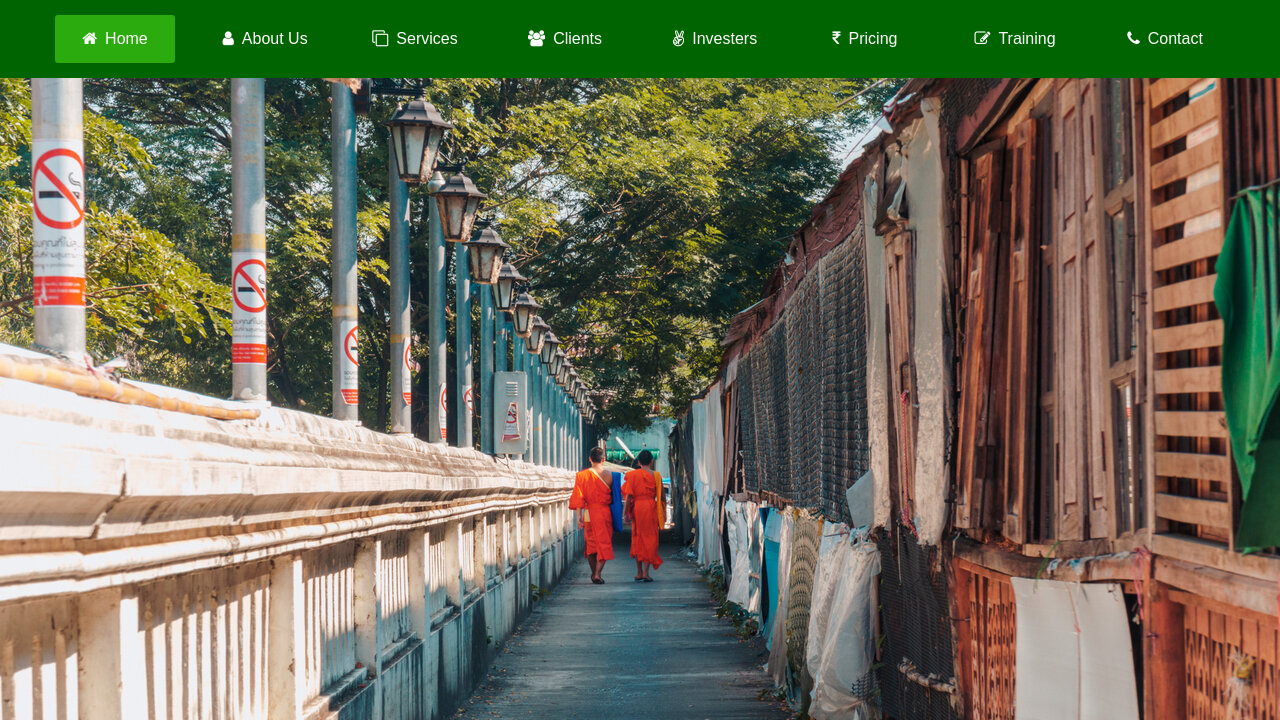
Repository: Alex-Serky/Dossier-Nav
Page: Nav-Nav/index.html
The author's editor kept a copy of each file at every save. The page is drawn from the files as they stood at one save, then again after the next save.
The browser window is 1280 px wide. The pictures show the whole page.

Above is the page before, as saved 2020-02-21 04:05:04.

### Nav-Nav/index.html
<!DOCTYPE html>
<html lang="en">

<head>
    <meta charset="UTF-8">
    <meta name="viewport" content="width=device-width, initial-scale=1.0">
    <link rel="stylesheet" href="style.css">
    <link rel="stylesheet" href="https://stackpath.bootstrapcdn.com/font-awesome/4.7.0/css/font-awesome.min.css">
    <title>Drop-down Menu design</title>
</head>

<body>
    <div class="menu-bar">
        <ul>
            <li class="active"><a href="#"><i class="fa fa-home"></i>Home</a></li>
            <li><a href="#"><i class="fa fa-user"></i>About Us</a>
                <div class="sub-menu-1">
                    <ul>
                        <li><a href="#">Mission</a></li>
                        <li><a href="#">Vision</a></li>
                        <li><a href="#">Team</a></li>
                    </ul>
                </div>
            </li>
            <li><a href="#"><i class="fa fa-clone"></i>Services</a></li>
            <li><a href="#"><i class="fa fa-users"></i>Clients</a></li>
            <li><a href="#"><i class="fa fa-angellist"></i>Investers</a></li>
            <li><a href="#"><i class="fa fa-inr"></i>Pricing</a></li>
            <li><a href="#"><i class="fa fa-edit"></i>Training</a></li>
            <li><a href="#"><i class="fa fa-phone"></i>Contact</a></li>
        </ul>
    </div>
</body>

</html>

### Nav-Nav/style.css
* {
    padding: 0;
    margin: 0;
    box-sizing: border-box;
}

body {
    background-image: url(background.jpg);
    background-size: cover;
    font-family: sans-serif;
}

.menu-bar {
    background: rgba(0, 100, 0);
    text-align: center;
}

.menu-bar ul {
    display: inline-flex;
    list-style: none;
    color: #fff;
}

.menu-bar ul li {
    width: 120px;
    margin: 15px;
    padding: 15px;
}

.menu-bar ul li a {
    text-decoration: none;
    color: #fff;
}

.active,
.menu-bar ul li:hover {
    background: #2bab0d;
    border-radius: 3px;
}

.menu-bar .fa {
    margin-right: 8px;
    display: inline;
}

.sub-menu-1 {
    display: none;
}

.menu-bar ul li:hover .sub-menu-1 {
    display: block;
    position: absolute;
    background: rgb(0, 100, 0);
    margin-top: 15px;
    margin-left: -15px;
}

.menu-bar ul li:hover .sub-menu-1 ul {
    display: block;
    margin: 10px;
}

.menu-bar ul li:hover .sub-menu-1 ul li {
    width: 150px;
    padding: 10px;
    border-bottom: 1px dotted #fff;
    background: transparent;
    border-radius: 0;
    text-align: left;
}

.menu-bar ul li:hover .sub-menu-1 ul li:last-child {
    border-bottom: none;
}

.menu-bar ul li:hover .sub-menu-1 ul li a:hover {
    color: #b2ff00;
}

After the next save:
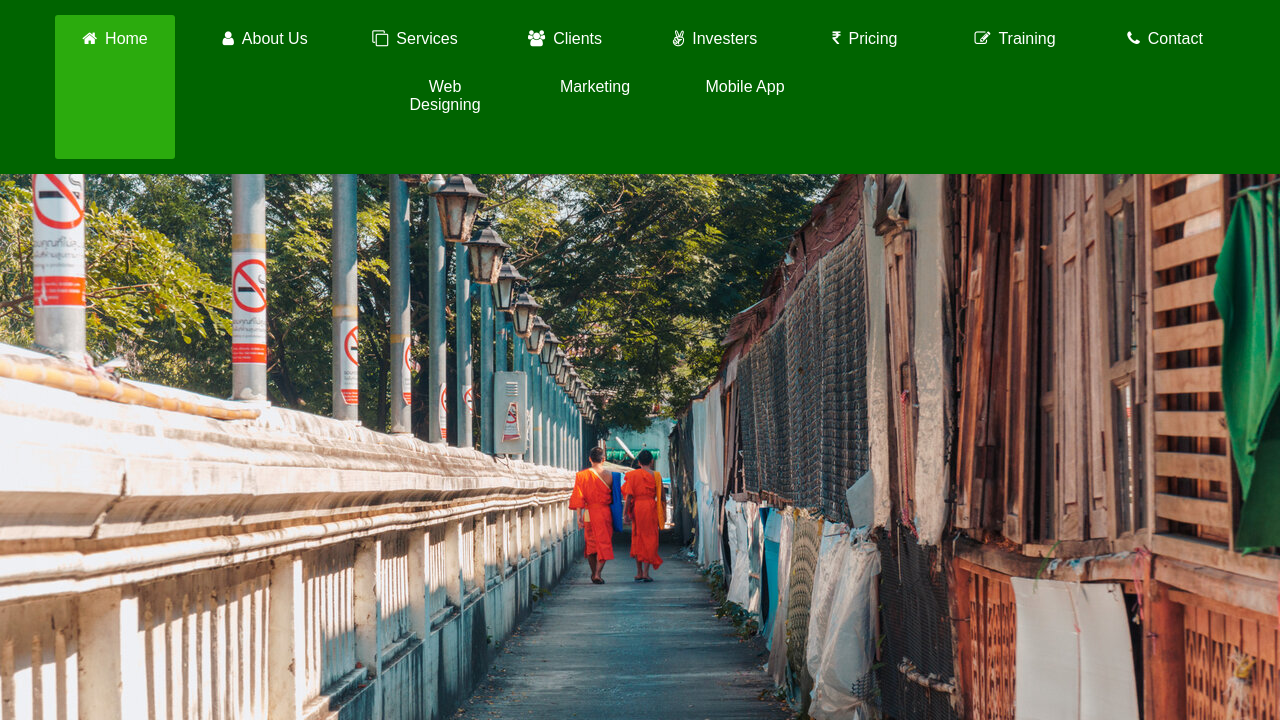
Saved 2 min 30 s later.
--- a/Nav-Nav/index.html
+++ b/Nav-Nav/index.html
@@ -22,7 +22,15 @@
                     </ul>
                 </div>
             </li>
-            <li><a href="#"><i class="fa fa-clone"></i>Services</a></li>
+            <li><a href="#"><i class="fa fa-clone"></i>Services</a>
+                <div class="sub-menu-2">
+                    <ul>
+                        <li><a href="#">Web Designing</a></li>
+                        <li><a href="#">Marketing</a></li>
+                        <li><a href="#">Mobile App</a></li>
+                    </ul>
+                </div>
+            </li>
             <li><a href="#"><i class="fa fa-users"></i>Clients</a></li>
             <li><a href="#"><i class="fa fa-angellist"></i>Investers</a></li>
             <li><a href="#"><i class="fa fa-inr"></i>Pricing</a></li>

After the save that followed:
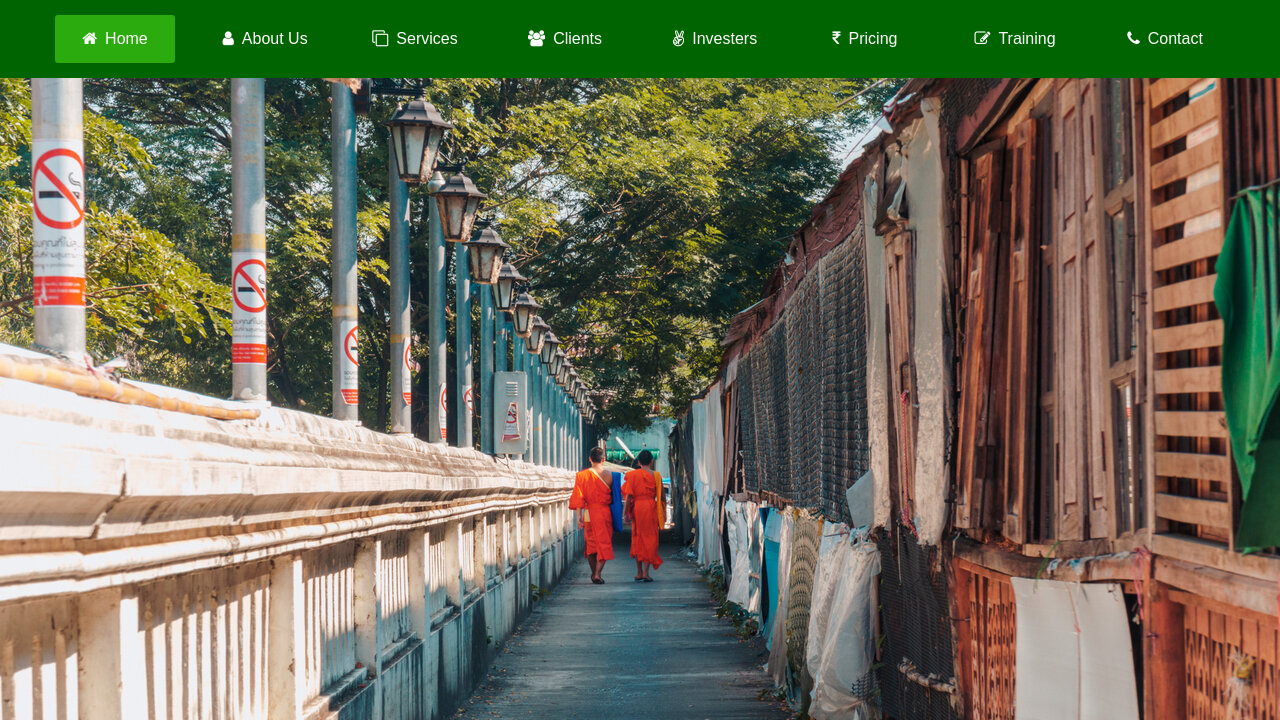
Saved 28 s later.
--- a/Nav-Nav/index.html
+++ b/Nav-Nav/index.html
@@ -23,7 +23,7 @@
                 </div>
             </li>
             <li><a href="#"><i class="fa fa-clone"></i>Services</a>
-                <div class="sub-menu-2">
+                <div class="sub-menu-1">
                     <ul>
                         <li><a href="#">Web Designing</a></li>
                         <li><a href="#">Marketing</a></li>
